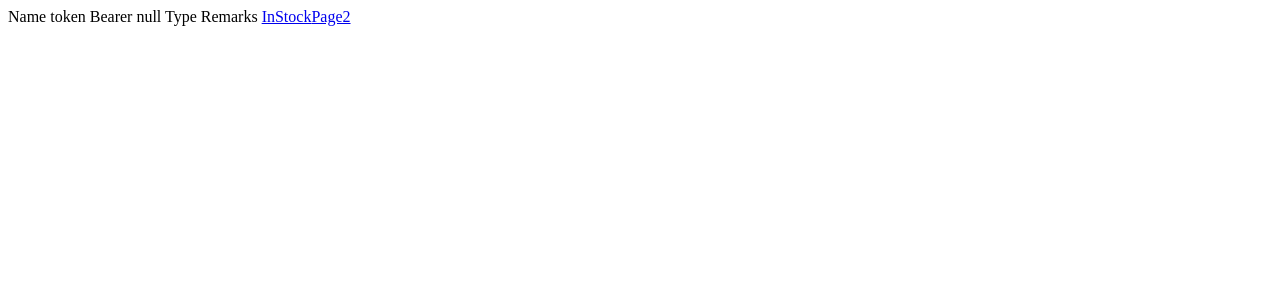
Repository: yaesass/yaesass
Page: / (app in scancode/)
An editor plug-in stored every save of this project. The page is shown before and after the next save, followed by the edit.
The browser window is 1280 px wide. The pictures show the whole page.
The project was rebuilt for these pictures with package versions that can differ from the ones it lists, and the page was loaded fresh each time. Also part of the build but not shown: scancode/vue.config.js, scancode/src/views/in.vue.

Above is the page before, as saved 2022-06-29 14:47:29.

### scancode/src/main.js
import Vue from 'vue'
import App from './App.vue'
import router from './router/index.js'

Vue.config.productionTip = false
new Vue({
  el: '#app',
  router,
  render: h => h(App)
}).$mount('#app')

### scancode/src/App.vue
<template>
  <div id="app">
    Name {{ Name }} token {{ token }} Type {{ Type }} Remarks {{ Remarks }}
      <router-link to="/InStock">InStock</router-link>
      <router-link to="/page2">Page2</router-link>
  </div>
</template>
<script>
export default {
  name: "App",
  data() {
    return {
      // show: "",
      // activeName: "待生产订单",
      // list: [],
      // listLoading: true,
      // queryForm: {
      //   CurrentPage: 1,
      //   PageSize: 999999,
      // },
      // intervalId: null,
      // messageObj: "",
    };
  },
  created() {
    //获取winform数据
    this.Name = this.getQueryString("Name");
    this.token = "Bearer" + " " + this.getQueryString("token");
    this.Type = this.getQueryString("DeliveryType");
    this.Remarks = this.getQueryString("Remarks");
    console.log("this", this);
    // if (this.Type == "in") {
    this.$router.push({
      name: "in",
      params: { setid: 111222 },
    });
    // } else {
    //   this.$router.push({
    //     path: "/outStock/outStock",
    //     params: { setid: 111222 },
    //   });
    // }
  },
  beforeDestroy() {
    // this.isDestroyed = true;
    // this.ws.close("测试");
  },
  methods: {
    //接收winform数据
    getQueryString(name) {
      var reg = new RegExp("(^|&)" + name + "=([^&]*)(&|$)");
      var r = window.location.search.substr(1).match(reg);
      if (r != null) return decodeURI(r[2]);
      return null;
    },
  },
};
</script>

### scancode/src/router/index.js
import Vue from 'vue'
import VueRouter from 'vue-router'
// import HomeView from '../views/mainPage/mainPage.vue'

Vue.use(VueRouter)

const routes = [
  // {
  //   path: '/',
  //   name: 'home',
  //   component: HomeView
  // },
  {
    path: '/in',
    name: 'in',
    // route level code-splitting
    // this generates a separate chunk (about.[hash].js) for this route
    // which is lazy-loaded when the route is visited.
    component: () => import(/* webpackChunkName: "about" */ '../views/in.vue')
  }
]



const router = new VueRouter({
  routes
})

export default router

Loaded but not shown: scancode/public/index.html (common file)

After the next save:
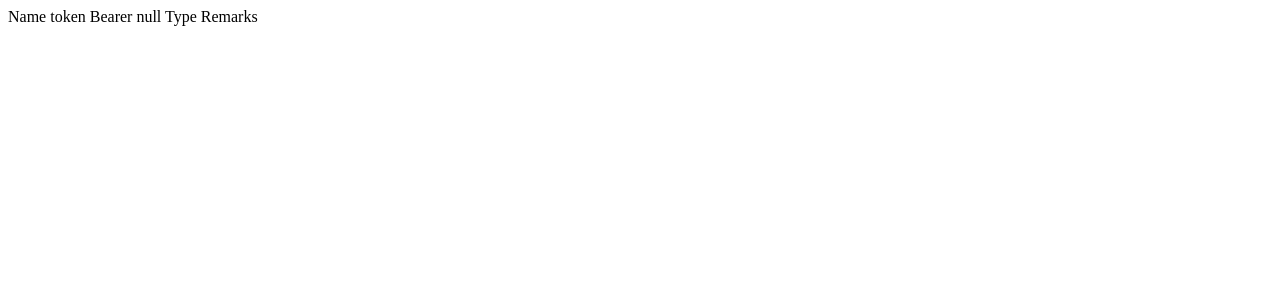
Saved 12 s later.
--- a/scancode/src/App.vue
+++ b/scancode/src/App.vue
@@ -1,8 +1,6 @@
 <template>
   <div id="app">
     Name {{ Name }} token {{ token }} Type {{ Type }} Remarks {{ Remarks }}
-      <router-link to="/InStock">InStock</router-link>
-      <router-link to="/page2">Page2</router-link>
   </div>
 </template>
 <script>

After the 2 saves that followed:
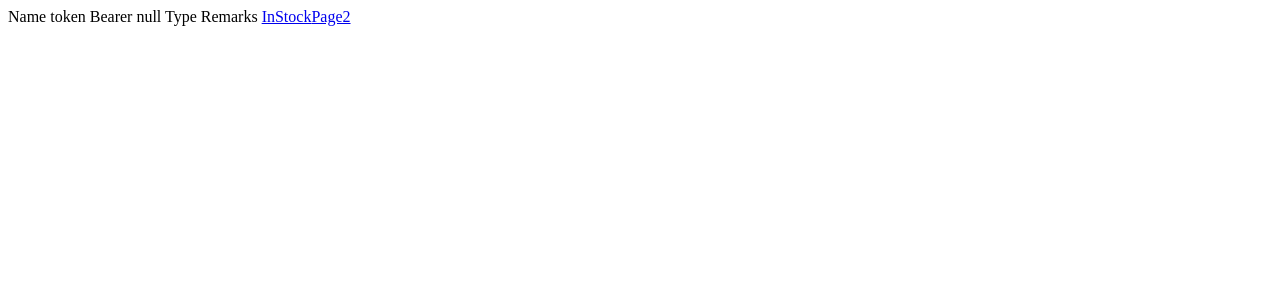
The 2 saves are shown as one change because 1 left the picture as it was.
The last was saved 93 s later.
--- a/scancode/src/App.vue
+++ b/scancode/src/App.vue
@@ -1,6 +1,8 @@
 <template>
   <div id="app">
     Name {{ Name }} token {{ token }} Type {{ Type }} Remarks {{ Remarks }}
+    <router-link to="/InStock">InStock</router-link>
+    <router-link to="/page2">Page2</router-link>
   </div>
 </template>
 <script>
